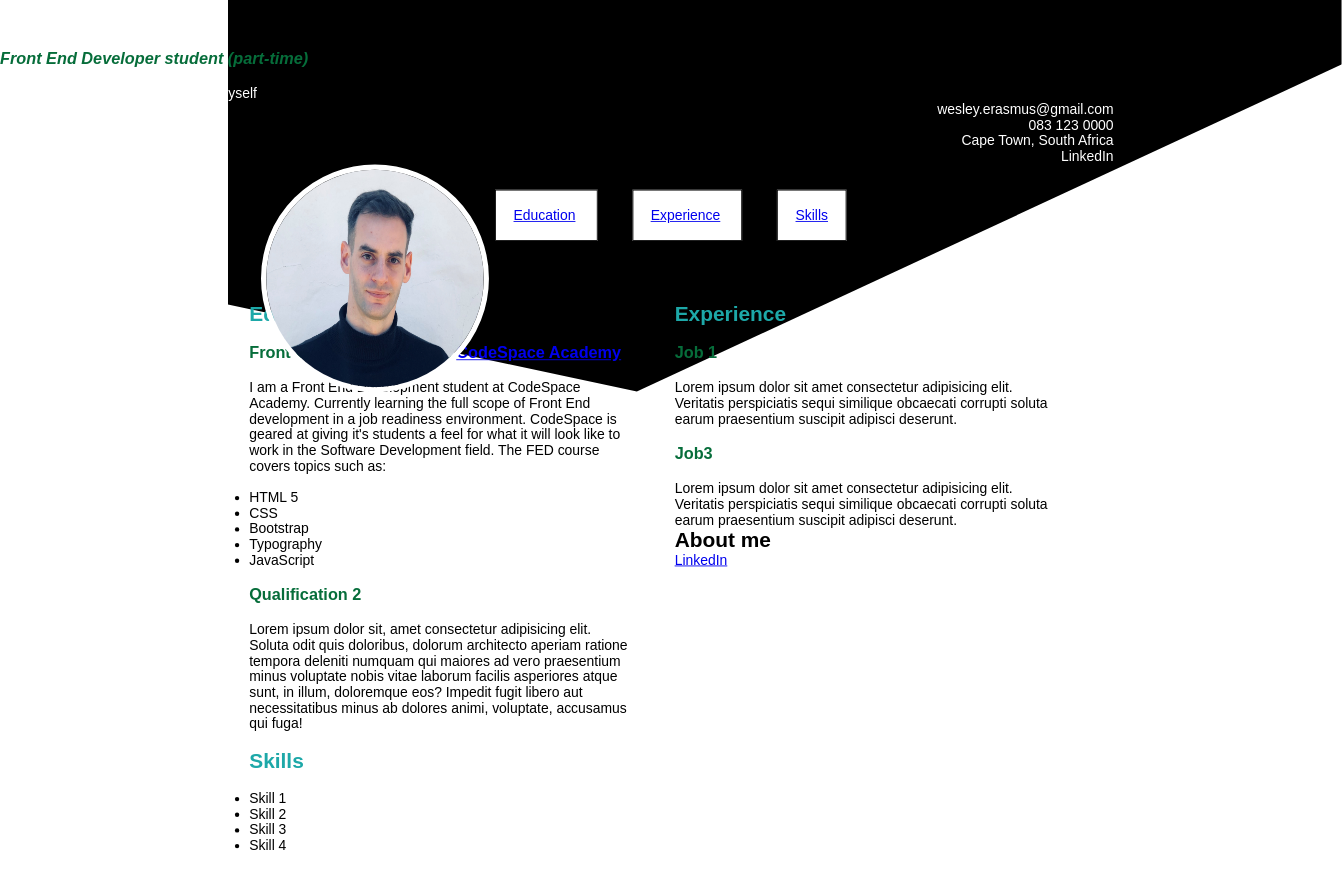
Repository: WesleyErasmus/myDigitalResume
Page: Resume-Projec-3/index.html
An editor plug-in stored every save of this project. The page is shown before and after the next save, followed by the edit.
The browser window is 1280 px wide. The page is 1542 px wide, then 1280 px, then 1542 px, so the pictures cover 1542 px, including what lies to the right of the window. The pictures show the whole page, at 87% of full size.

Above is the page before, as saved 2022-02-12 13:42:47.

After the next save:
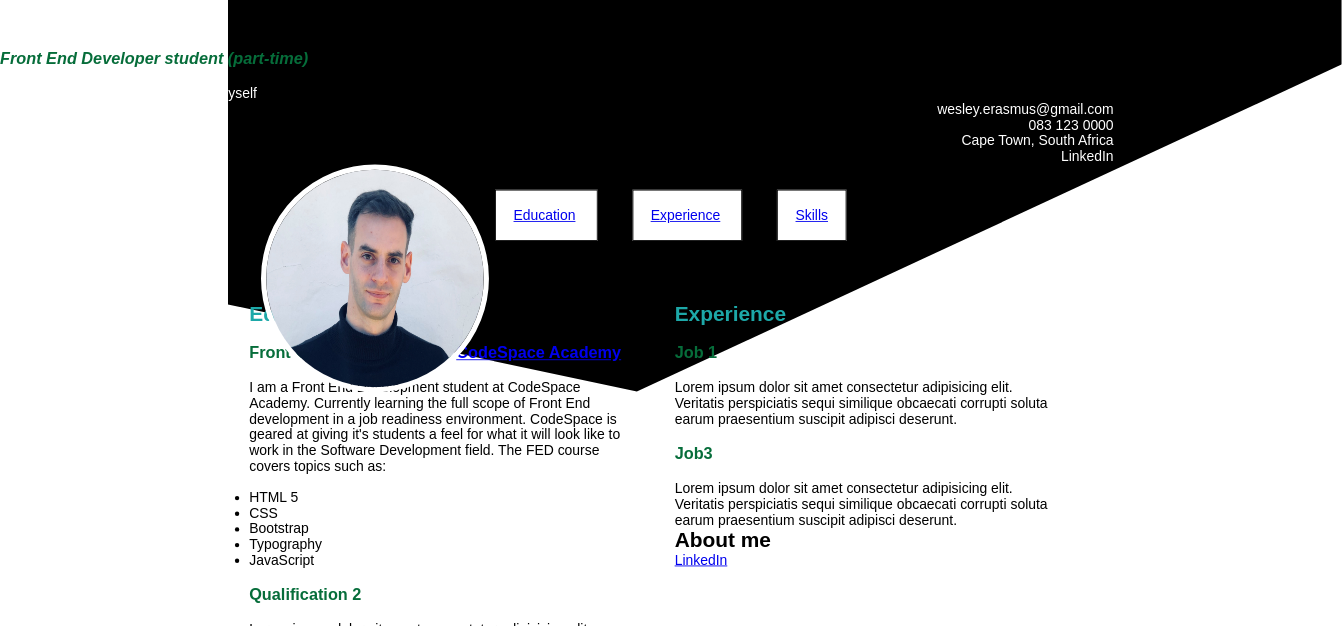
Saved 11 s later.
--- a/Resume-Projec-3/styles.css
+++ b/Resume-Projec-3/styles.css
@@ -4,7 +4,7 @@
     font-family: sans-serif;
 }
 body {
-    display: block;
+    position: fixed;
 }
 header {
     /* background-color: rgb(29, 168, 168); */

After the save that followed:
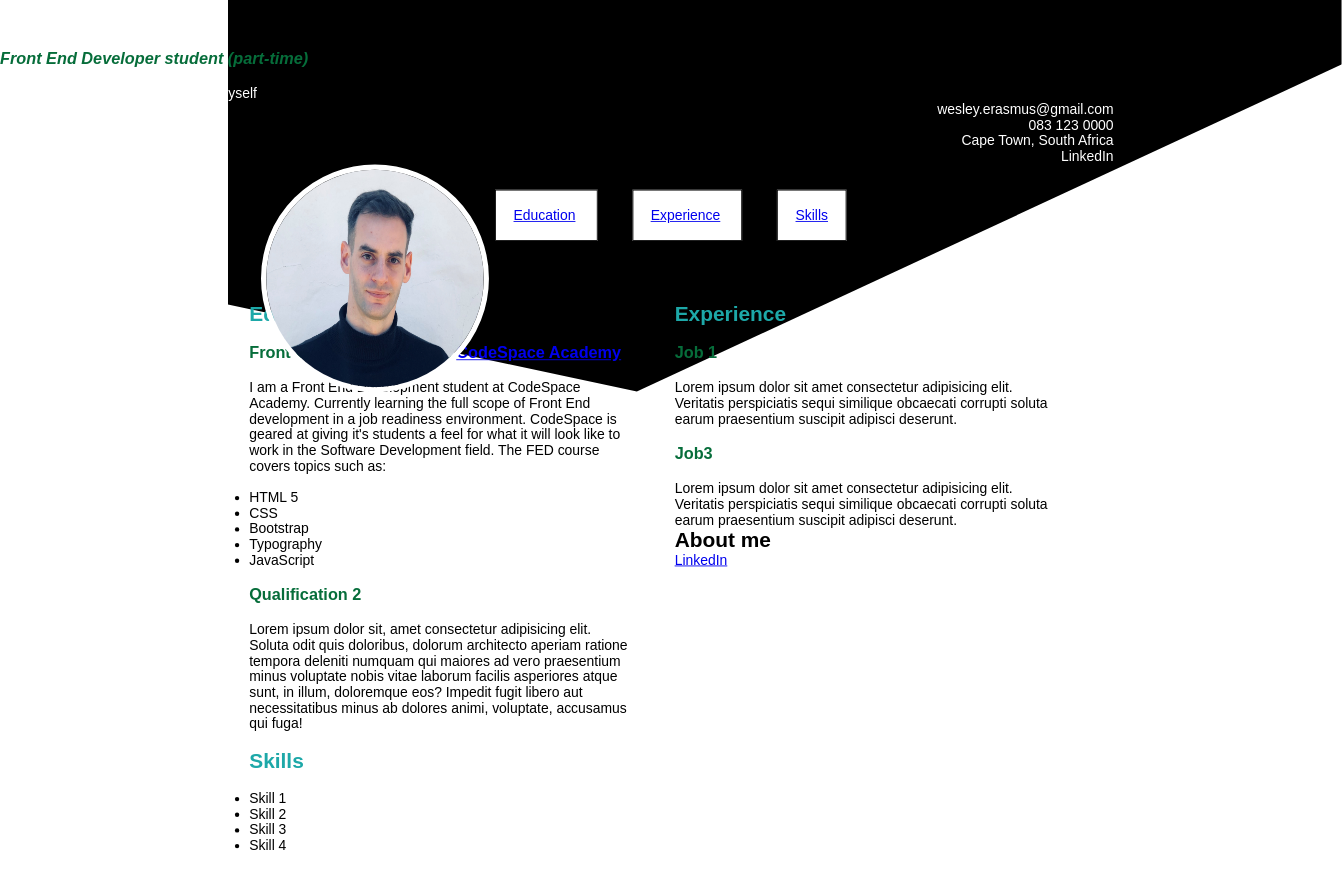
Saved 8 s later.
--- a/Resume-Projec-3/styles.css
+++ b/Resume-Projec-3/styles.css
@@ -4,7 +4,7 @@
     font-family: sans-serif;
 }
 body {
-    position: fixed;
+    position:static;
 }
 header {
     /* background-color: rgb(29, 168, 168); */
